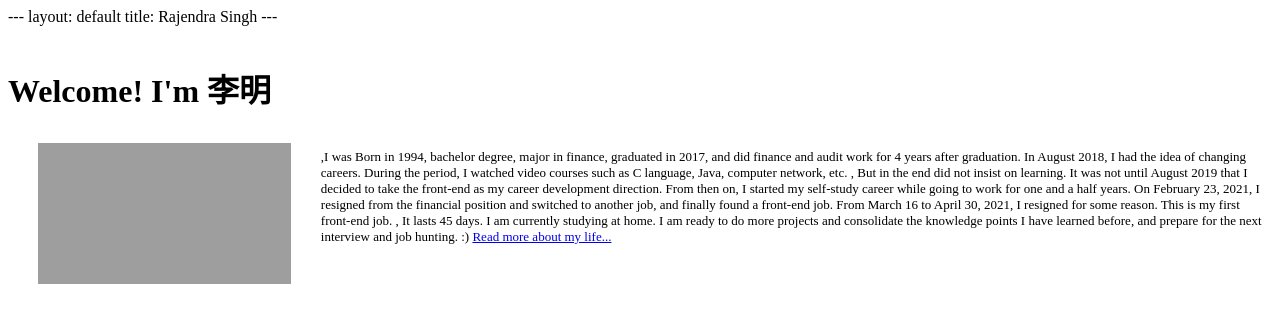
Repository: lm101845/lm101845.github.io
Page: index.html
These files come from the project's save history. The page is drawn as it stood at one moment and after the next save; the edit follows.
The browser window is 1280 px wide. The pictures show the whole page.
Pictures or frames that could not be fetched are drawn as grey boxes.

Above is the page before, as saved 2021-08-07 16:25:53.

After the next save:
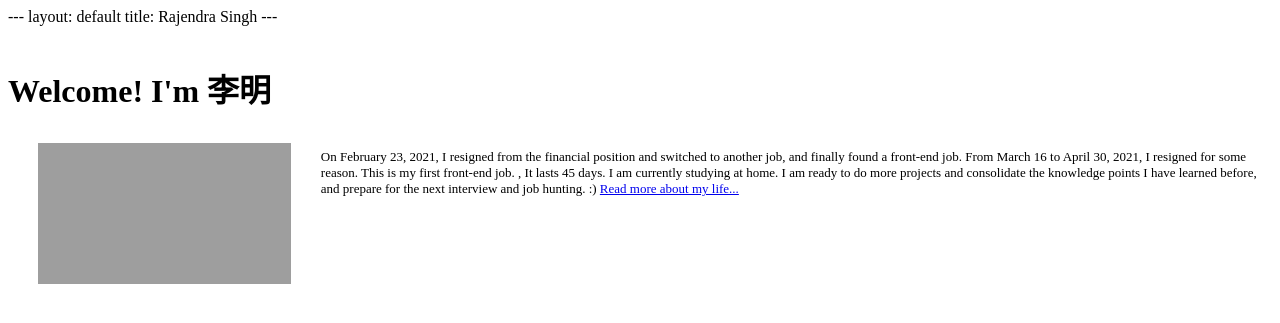
Saved 117 s later.
--- a/index.html
+++ b/index.html
@@ -1,7 +1,7 @@
 <!--
  * @Author: liming
  * @Date: 2021-08-07 15:46:06
- * @LastEditTime: 2021-08-07 16:23:02
+ * @LastEditTime: 2021-08-07 16:27:50
  * @FilePath: \lm101845.github.io\index.html
 -->
 --- layout: default title: Rajendra Singh ---
@@ -19,14 +19,7 @@
         hspace="30"
         vspace="10"
       />
-      <br />,I was Born in 1994, bachelor degree, major in finance, graduated in
-      2017, and did finance and audit work for 4 years after graduation. In
-      August 2018, I had the idea of changing careers. During the period, I
-      watched video courses such as C language, Java, computer network, etc. ,
-      But in the end did not insist on learning. It was not until August 2019
-      that I decided to take the front-end as my career development direction.
-      From then on, I started my self-study career while going to work for one
-      and a half years.
+      <br />
 
       <!-- 		I'm passionate about vision-based robotics. -->
       On February 23, 2021, I resigned from the financial position and switched
